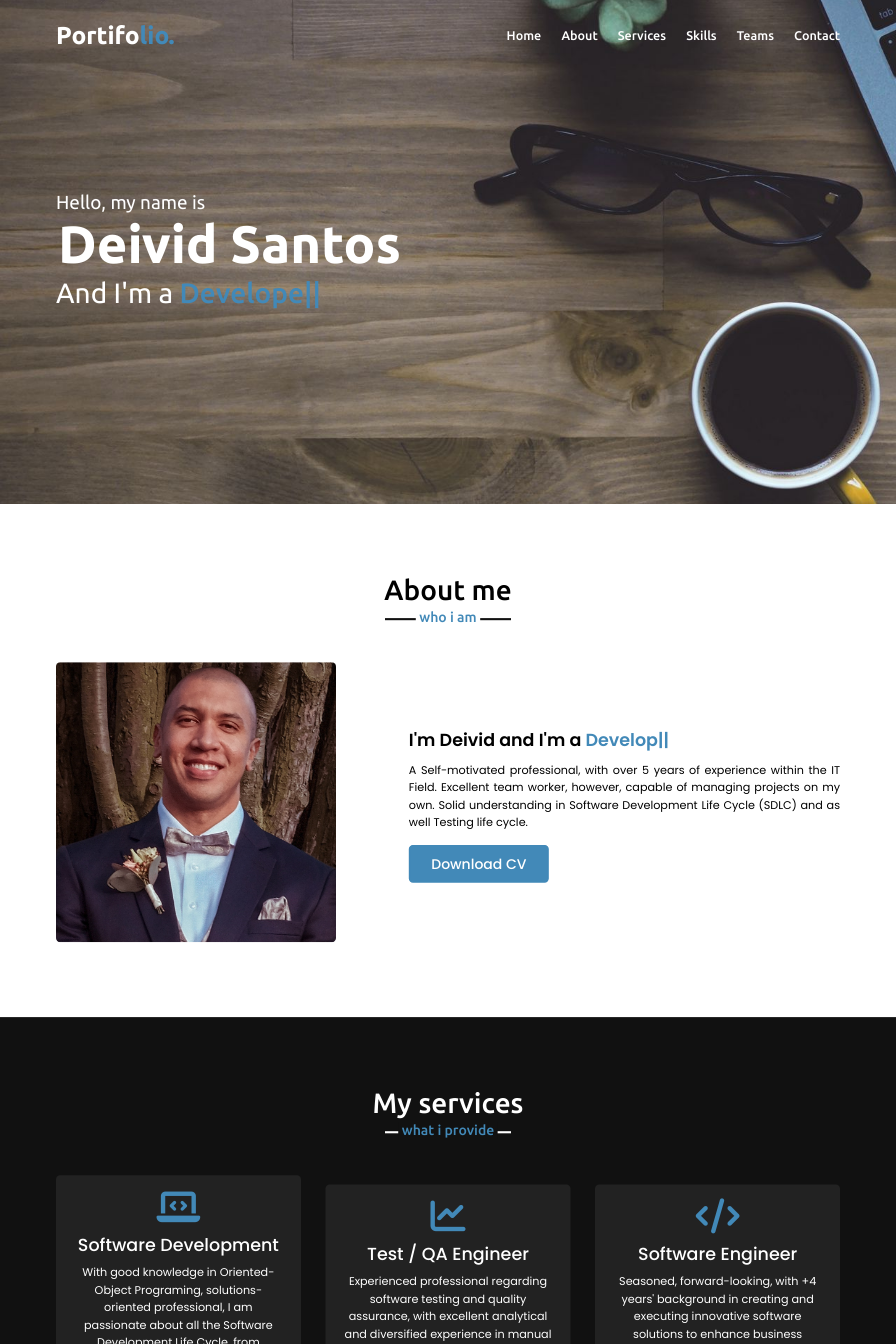
Repository: deividwsantoss/portfolio
Page: index.html
An editor plug-in stored every save of this project. The page is shown before and after the next save, followed by the edit.
The browser window is 1280 px wide. The pictures show the part of the page from y = 0 to 1920 px (the page is 4136 px tall), at 70% of full size.
Some web libraries are served in a nearby version.

Above is the page before, as saved 2021-03-02 10:11:17.

After the next save:
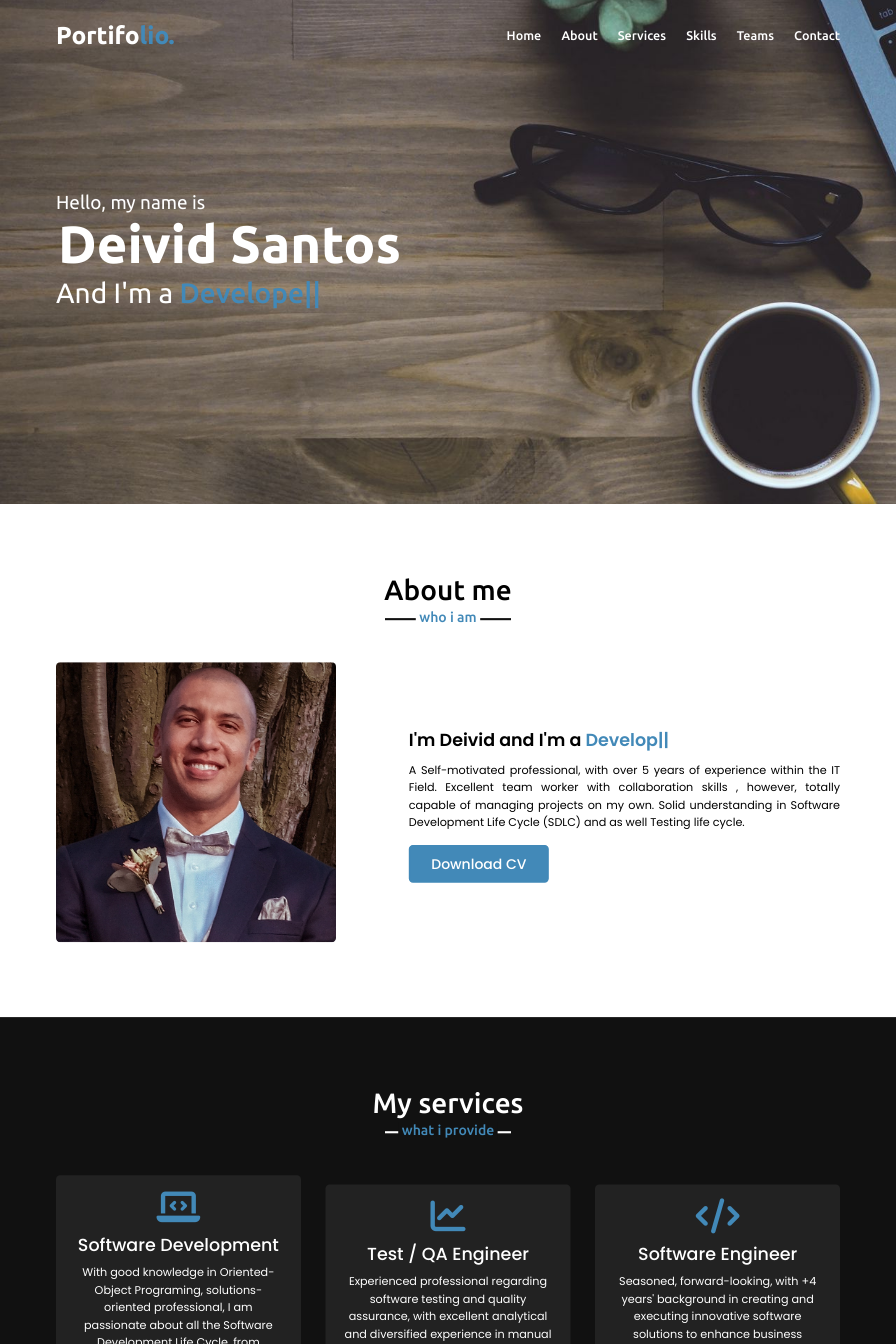
Saved 63 s later.
--- a/index.html
+++ b/index.html
@@ -50,7 +50,7 @@
             </div>
             <div class="column right">
                 <div class="text">I'm Deivid and I'm a <span class="typing-2"></span></div>
-                <p>A Self-motivated professional, with over 5 years of experience within the IT Field. Excellent team worker, however, capable of managing projects on my own. Solid understanding in Software Development Life Cycle (SDLC) and as well Testing life cycle.     </p>
+                <p>A Self-motivated professional, with over 5 years of experience within the IT Field. Excellent team worker with collaboration skills , however, totally capable of managing projects on my own. Solid understanding in Software Development Life Cycle (SDLC) and as well Testing life cycle.     </p>
                 <a href="/docs/DEIVIDRODRIGUES_RESUME.pdf">Download CV</a>
             </div>
         </div>
